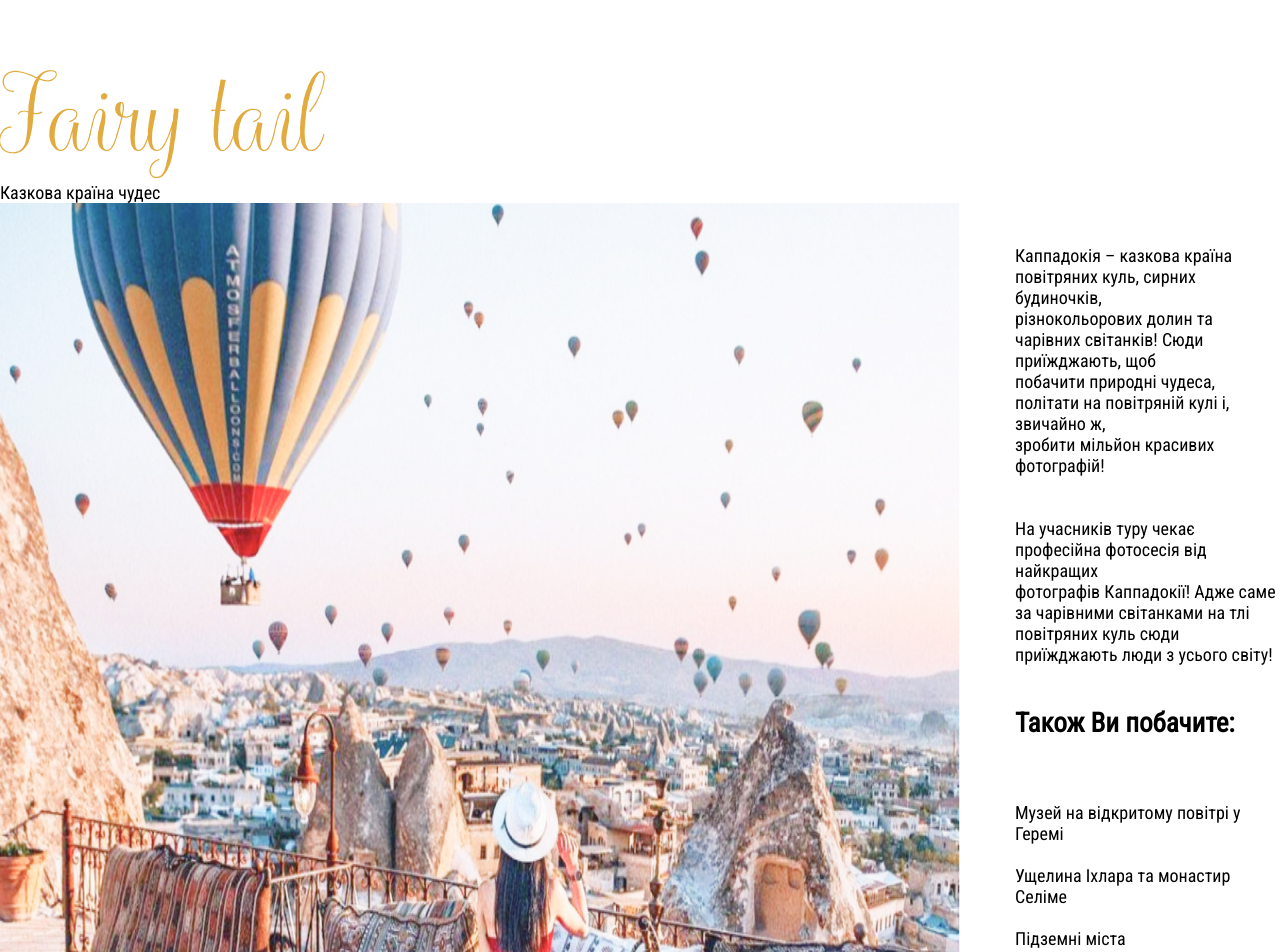
Repository: KYUUBI-K/cappadocia
Page: index.html
These files come from the project's save history. The page is drawn as it stood at one moment and after the next save; the edit follows.
The browser window is 1280 px wide. The pictures show the part of the page from y = 866 to 1818 px (the page is 2109 px tall before and 2102 px after).

Above is the page before, as saved 2025-08-17 18:38:56.

After the next save:
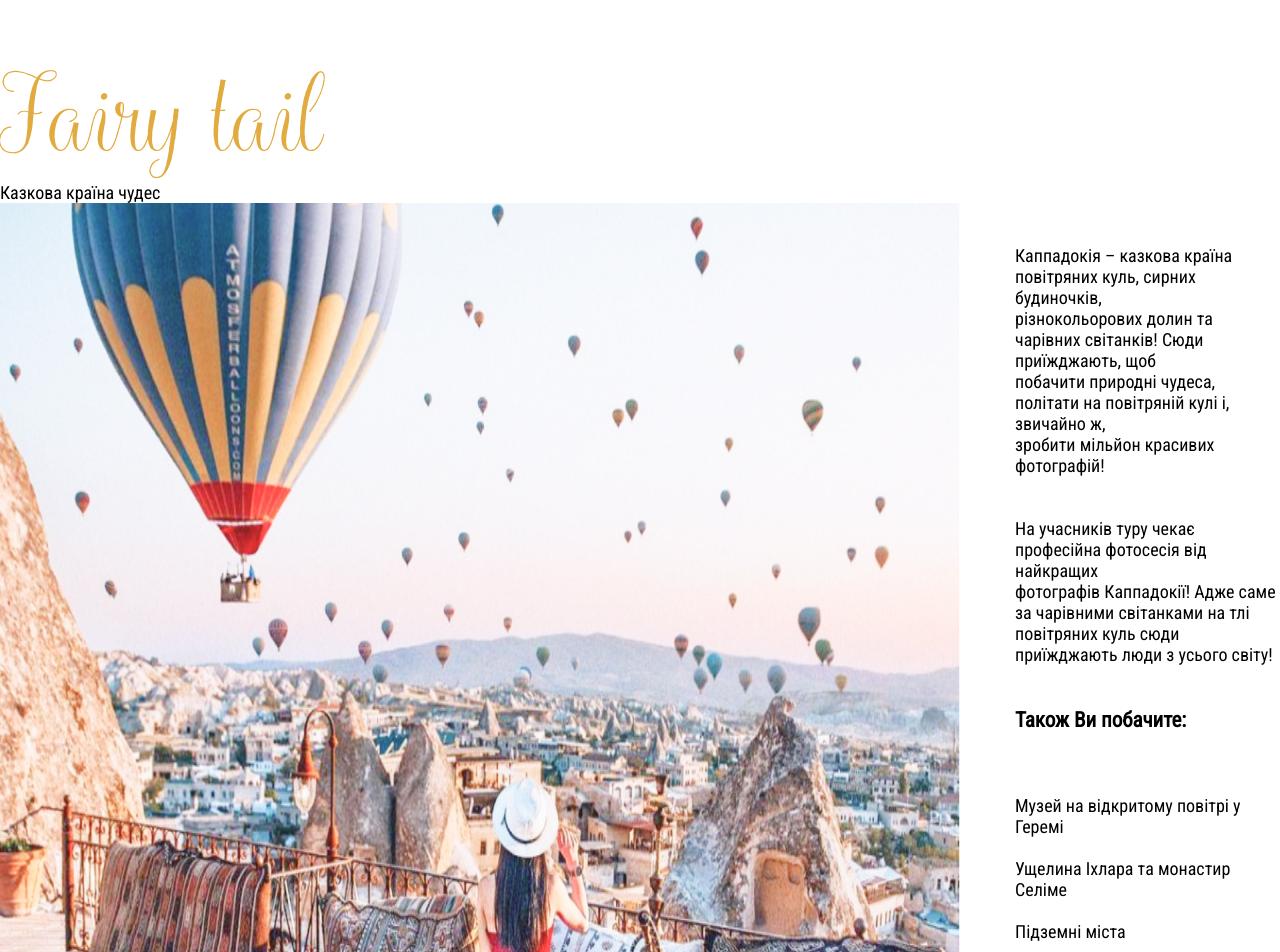
Saved 6 s later.
--- a/index.html
+++ b/index.html
@@ -83,7 +83,7 @@
             повітряних куль сюди приїжджають люди з усього світу!
           </p>
 
-          <h2>Також Ви побачите:</h3>
+          <h1>Також Ви побачите:</h3>
 
           <ul>
             <li>Музей на відкритому повітрі у Геремі</li>

After the save that followed:
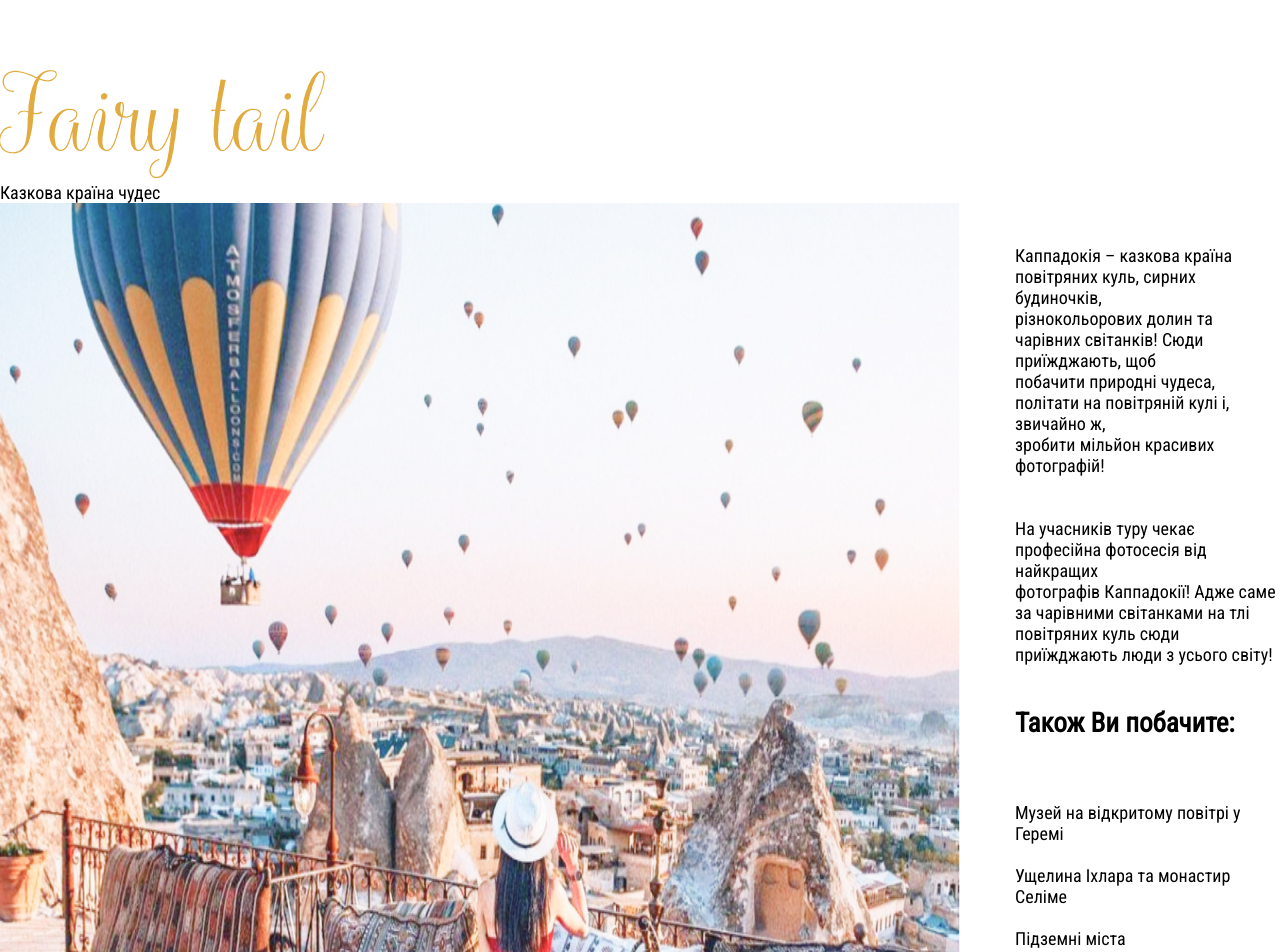
Saved 4 s later.
--- a/index.html
+++ b/index.html
@@ -83,7 +83,7 @@
             повітряних куль сюди приїжджають люди з усього світу!
           </p>
 
-          <h1>Також Ви побачите:</h3>
+          <h2>Також Ви побачите:</h3>
 
           <ul>
             <li>Музей на відкритому повітрі у Геремі</li>
